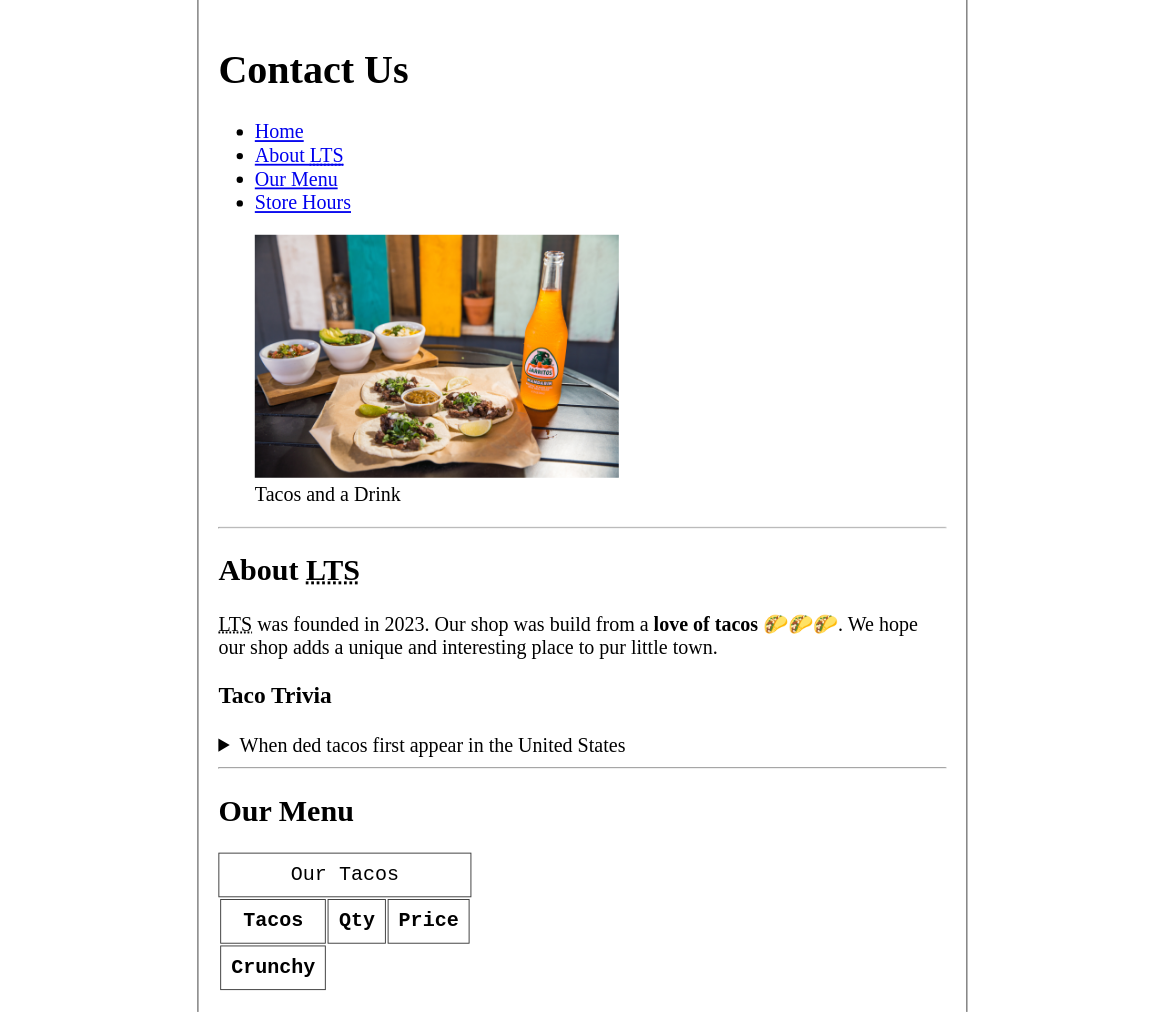
Repository: JavaProgrammerFromEastEurope/project-html-full-tutorial
Page: 10_lesson/contact.html
An editor plug-in stored every save of this project. The page is shown before and after a run of saves, followed by the edit.
The browser window is 1280 px wide. The pictures show the whole page, at 91% of full size.

Above is the page before, as saved 2023-04-07 05:27:09.

After the next 4 saves:
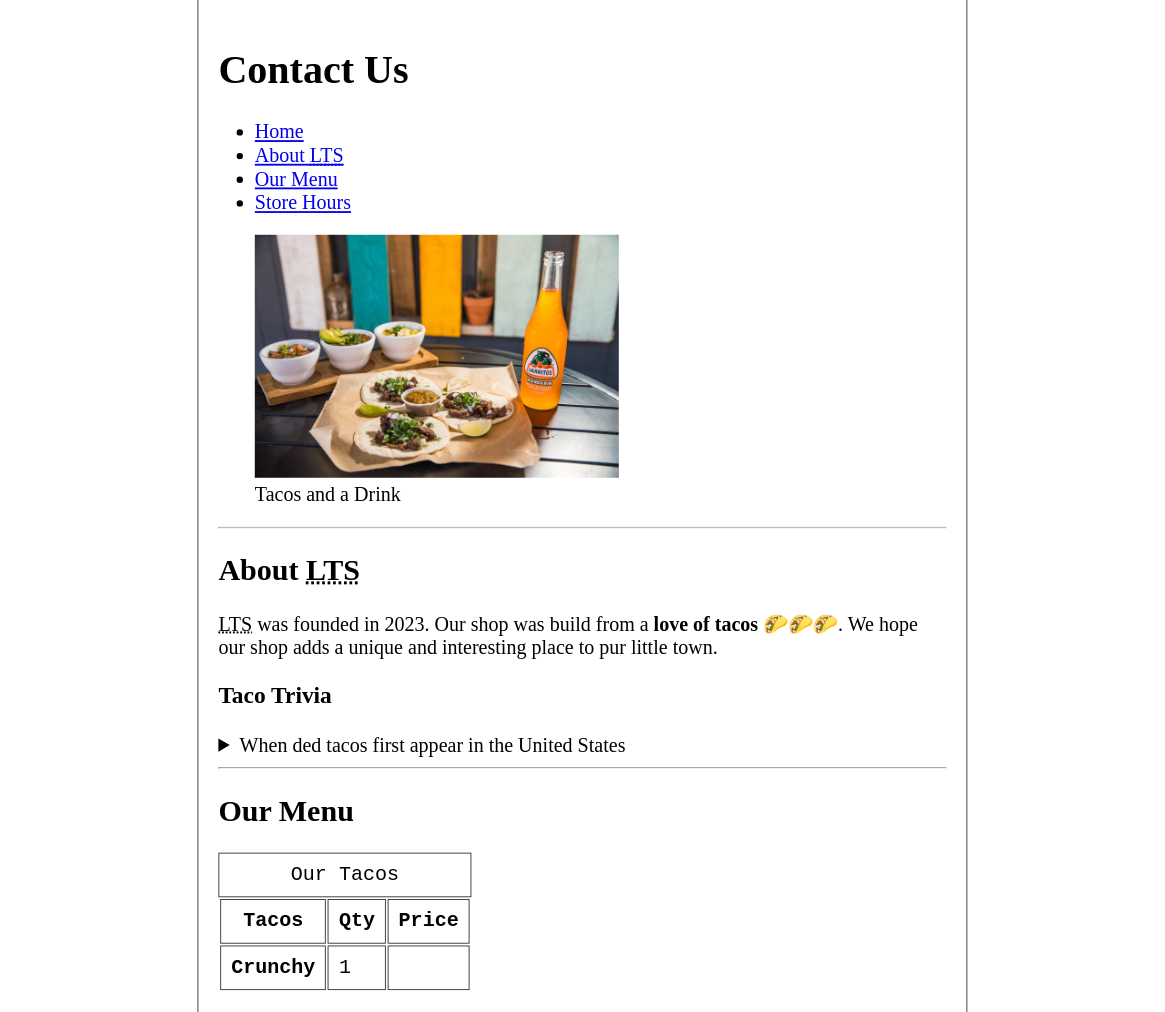
The 4 saves are shown as one change because they came seconds apart.
The last was saved 10 s later.
--- a/10_lesson/contact.html
+++ b/10_lesson/contact.html
@@ -85,7 +85,8 @@
 							<th scope="row" rowspan="3">
 								Crunchy
 							</th>
-
+							<td>1</td>
+							<td></td>
 						</tr>
 					</tbody>
 				</table>
